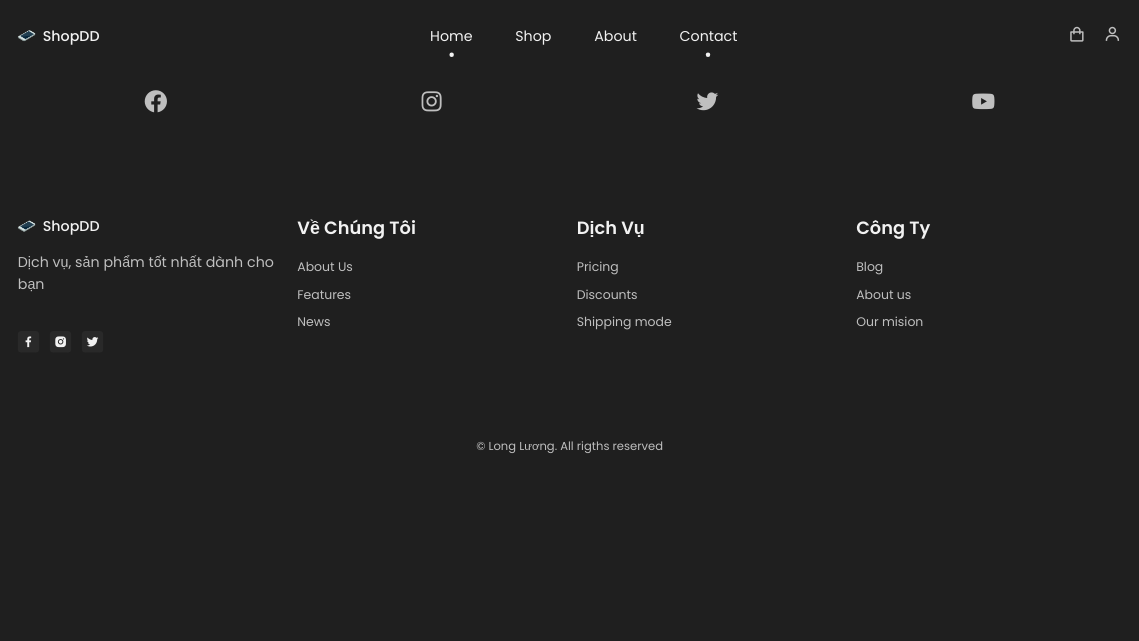
Repository: long5122000/Shopc
Page: contact.html
These files come from the project's save history. The page is drawn as it stood at one moment and after the next save; the edit follows.
The browser window is 1280 px wide. The pictures show the whole page, at 89% of full size.
The style sheet was rebuilt from its Sass, Less or Tailwind sources for each picture, by a compiler version that may differ from the author's.

Above is the page before, as saved 2021-12-01 09:43:12.

### contact.html
<!DOCTYPE html>
<html lang="en">
  <head>
    <meta charset="UTF-8" />
    <meta http-equiv="X-UA-Compatible" content="IE=edge" />
    <meta name="viewport" content="width=device-width, initial-scale=1.0" />
    <title>ShopDD</title>
    <link rel="shortcut icon" href="favicon.png" type="image/x-icon" />
    <link
      rel="stylesheet"
      href="https://unpkg.com/swiper@7/swiper-bundle.min.css"
    />
    <link
      rel="stylesheet"
      href="https://cdn.jsdelivr.net/npm/boxicons@latest/css/boxicons.min.css"
    />
    <link rel="stylesheet" href="./css/app.css" />
  </head>
  <body>
    <header class="header" id="header">
      <nav class="nav container">
        <a href="" class="nav__logo">
          <img src="./images/logo-3.png" alt="" class="nav__logo-img" />
          ShopDD
        </a>
        <div class="nav__menu" id="nav-menu">
          <ul class="nav__list">
            <li class="nav__item">
              <a href="./index.html" class="nav__link active-link">Home</a>
            </li>
            <li class="nav__item">
              <a href="#" class="nav__link">Shop</a>
            </li>
            <li class="nav__item">
              <a href="./about.html" class="nav__link">About</a>
            </li>
            <li class="nav__item">
              <a href="./contact.html" class="nav__link">Contact</a>
            </li>

            <!-- <a href="" class="button button--ghost">Support</a> -->
          </ul>

          <div class="nav__close" id="nav-close">
            <i class="bx bx-x"></i>
          </div>
          <!-- <img src="./images/nav-img.png" alt="" class="nav__img" /> -->
        </div>
        <div class="nav__btns">
          <!-- Theme change button -->

          <div class="nav__shop" id="cart-shop">
            <i class="bx bx-shopping-bag"></i>
          </div>

          <div class="nav__shop" id="info-user">
            <i class="bx bx-user"></i>
          </div>

          <div class="nav__toggle" id="nav-toggle">
            <i class="bx bx-grid-alt"></i>
          </div>
        </div>
      </nav>
    </header>

    <div class="cart" id="cart">
      <i class="bx bx-x cart__close" id="cart-close"></i>

      <h2 class="cart__title-center">My Cart</h2>

      <div class="cart__container">
        <article class="cart__card">
          <div class="cart__box">
            <img src="./images/new-1.png" alt="" class="cart__img" />
          </div>

          <div class="cart__details">
            <h3 class="cart__title">Jazzmaster</h3>
            <span class="cart__price">$1050</span>

            <div class="cart__amount">
              <div class="cart__amount-content">
                <span class="cart__amount-box">
                  <i class="bx bx-minus"></i>
                </span>

                <span class="cart__amount-number">1</span>

                <span class="cart__amount-box">
                  <i class="bx bx-plus"></i>
                </span>
              </div>

              <i class="bx bx-trash-alt cart__amount-trash"></i>
            </div>
          </div>
        </article>

        <article class="cart__card">
          <div class="cart__box">
            <img src="./images/new-3.png" alt="" class="cart__img" />
          </div>

          <div class="cart__details">
            <h3 class="cart__title">Rose Gold</h3>
            <span class="cart__price">$850</span>

            <div class="cart__amount">
              <div class="cart__amount-content">
                <span class="cart__amount-box">
                  <i class="bx bx-minus"></i>
                </span>

                <span class="cart__amount-number">1</span>

                <span class="cart__amount-box">
                  <i class="bx bx-plus"></i>
                </span>
              </div>

              <i class="bx bx-trash-alt cart__amount-trash"></i>
            </div>
          </div>
        </article>

        <article class="cart__card">
          <div class="cart__box">
            <img src="./images/new-5.png" alt="" class="cart__img" />
          </div>

          <div class="cart__details">
            <h3 class="cart__title">Longines Rose</h3>
            <span class="cart__price">$980</span>

            <div class="cart__amount">
              <div class="cart__amount-content">
                <span class="cart__amount-box">
                  <i class="bx bx-minus"></i>
                </span>

                <span class="cart__amount-number">1</span>

                <span class="cart__amount-box">
                  <i class="bx bx-plus"></i>
                </span>
              </div>

              <i class="bx bx-trash-alt cart__amount-trash"></i>
            </div>
          </div>
        </article>
        <article class="cart__card">
          <div class="cart__box">
            <img src="./images/new-5.png" alt="" class="cart__img" />
          </div>

          <div class="cart__details">
            <h3 class="cart__title">Longines Rose</h3>
            <span class="cart__price">$980</span>

            <div class="cart__amount">
              <div class="cart__amount-content">
                <span class="cart__amount-box">
                  <i class="bx bx-minus"></i>
                </span>

                <span class="cart__amount-number">1</span>

                <span class="cart__amount-box">
                  <i class="bx bx-plus"></i>
                </span>
              </div>

              <i class="bx bx-trash-alt cart__amount-trash"></i>
            </div>
          </div>
        </article>
        <article class="cart__card">
          <div class="cart__box">
            <img src="./images/new-5.png" alt="" class="cart__img" />
          </div>

          <div class="cart__details">
            <h3 class="cart__title">Longines Rose</h3>
            <span class="cart__price">$980</span>

            <div class="cart__amount">
              <div class="cart__amount-content">
                <span class="cart__amount-box">
                  <i class="bx bx-minus"></i>
                </span>

                <span class="cart__amount-number">1</span>

                <span class="cart__amount-box">
                  <i class="bx bx-plus"></i>
                </span>
              </div>

              <i class="bx bx-trash-alt cart__amount-trash"></i>
            </div>
          </div>
        </article>
        <article class="cart__card">
          <div class="cart__box">
            <img src="./images/new-6.webp" alt="" class="cart__img" />
          </div>

          <div class="cart__details">
            <h3 class="cart__title">Longines Rose</h3>
            <span class="cart__price">$980</span>

            <div class="cart__amount">
              <div class="cart__amount-content">
                <span class="cart__amount-box">
                  <i class="bx bx-minus"></i>
                </span>

                <span class="cart__amount-number">1</span>

                <span class="cart__amount-box">
                  <i class="bx bx-plus"></i>
                </span>
              </div>

              <i class="bx bx-trash-alt cart__amount-trash"></i>
            </div>
          </div>
        </article>
      </div>

      <div class="cart__prices">
        <span class="cart__prices-item">3 items</span>
        <span class="cart__prices-total">$2880</span>
      </div>
    </div>

    <div class="info" id="info">
      <i class="bx bx-x info__close" id="info-close"></i>
      <div class="info__btn">
        <a href="./login.html" class="button">Đăng nhập</a>
        <a href="./register.html" class="button">Đăng Ký</a>
      </div>
    </div>
    <main class="main">
      <section class="contact container" id="contact">
        <h1 class="contact__title">Hãy Kết Nối Với Chúng Tôi</h1>
        <div class="contact__list">
          <i class="bx bxl-facebook-circle contact__item"></i>
          <i class="bx bxl-instagram contact__item"></i>
          <i class="bx bxl-twitter contact__item"></i>
          <i class="bx bxl-youtube contact__item"></i>
        </div>
      </section>
    </main>
    <footer class="footer section">
      <div class="footer__container container grid">
        <div class="footer__content">
          <a href="#" class="footer__logo">
            <img src="./images/logo-3.png" alt="" class="footer__logo-image" />
            ShopDD
          </a>
          <p class="footer__description">
            Dịch vụ, sản phẩm tốt nhất dành cho bạn
          </p>
          <div class="footer__social">
            <a
              href="https://www.facebook.com/"
              target="_blank"
              class="footer__social-link"
            >
              <i class="bx bxl-facebook"></i>
            </a>
            <a
              href="https://www.instagram.com/"
              target="_blank"
              class="footer__social-link"
            >
              <i class="bx bxl-instagram-alt"></i>
            </a>
            <a
              href="https://twitter.com/"
              target="_blank"
              class="footer__social-link"
            >
              <i class="bx bxl-twitter"></i>
            </a>
          </div>
        </div>
        <div class="footer__content">
          <h3 class="footer__title">Về Chúng Tôi</h3>
          <ul class="footer__links">
            <li>
              <a href="" class="footer__link">About Us</a>
            </li>
            <li>
              <a href="" class="footer__link">Features</a>
            </li>
            <li>
              <a href="" class="footer__link">News</a>
            </li>
          </ul>
        </div>
        <div class="footer__content">
          <h3 class="footer__title">Dịch Vụ</h3>
          <ul class="footer__links">
            <li>
              <a href="" class="footer__link">Pricing</a>
            </li>
            <li>
              <a href="" class="footer__link">Discounts</a>
            </li>
            <li>
              <a href="" class="footer__link">Shipping mode</a>
            </li>
          </ul>
        </div>
        <div class="footer__content">
          <h3 class="footer__title">Công Ty</h3>
          <ul class="footer__links">
            <li>
              <a href="" class="footer__link">Blog</a>
            </li>
            <li>
              <a href="" class="footer__link">About us</a>
            </li>
            <li>
              <a href="" class="footer__link">Our mision</a>
            </li>
          </ul>
        </div>
      </div>

      <span class="footer__copy">&#169; Long Lương. All rigths reserved</span>

      <div class="modal" id="modal__view">
        <div class="modal__main">
          <i class="bx bx-x modal__close" id="modal-close"></i>
          <div class="modal__image">
            <img src="./images/new-1.png" alt="" />
          </div>
          <div class="modal__content">
            <h3 class="modal__title">Tivi</h3>
            <p class="modal__desc">
              Lorem ipsum dolor sit amet consectetur adipisicing elit. Repellat
              laborum facilis harum quis aperiam laboriosam quasi deleniti velit
              est rerum animi consectetur voluptate culpa, quas, dolor illum
              fugit exercitationem sapiente?
            </p>
            <div class="modal__price">$167</div>
          </div>
          <a href="#!" class="button modal__button">Xem chi tiết</a>
        </div>
      </div>

      <!-- <img src="./images/footer1-img.png" alt="" class="footer__image-one" />
      <img src="./images/footer2-img.png" alt="" class="footer__image-two" /> -->
    </footer>

    <a href="#" class="scrollup" id="scroll-up">
      <i class="bx bx-up-arrow-alt scrollup__icon"></i>
    </a>
    <script src="https://unpkg.com/swiper@7/swiper-bundle.min.js"></script>
    <script src="scripts/scrollreveal.min.js"></script>
    <script src="./scripts/app.js"></script>
  </body>
</html>

### sass/app.scss
@import "variables";
@import "reset";
@import "mixin";
@import "base";
@import "header";
@import "cart";
@import "search";
@import "info";
@import "home";
@import "category";
@import "about";
@import "hot";
@import "discount";
@import "new";
@import "newsletter";
@import "footer";
@import "modal";
@import "scroll";
@import "register";
@import "login";
@import "contact";
@import "breakpoints";

### sass/_reset.scss
html {
  box-sizing: border-box;
}
* {
  margin: 0;
  padding: 0;
}
*,
*:before,
*:after {
  box-sizing: border-box;
}
input,
textarea,
select,
button {
  outline: none;
  border: none;
}
input {
  line-height: normal;
}
label,
button {
  cursor: pointer;
}
a {
  text-decoration: none;
}
img {
  display: block;
  max-width: 100%;
}

### sass/_mixin.scss
@mixin flex(
  $align: flex-start,
  $justify: flex-start,
  $wrap: nowrap,
  $dir: row
) {
  display: flex;
  justify-content: $justify;
  align-items: $align;
  flex-wrap: $wrap;
  flex-direction: $dir;
}
@mixin maxw($breakpoint) {
  @media screen and (max-width: $breakpoint) {
    @content;
  }
}
@mixin minw($breakpoint) {
  @media screen and (min-width: $breakpoint) {
    @content;
  }
}
@mixin center {
  display: flex;
  justify-content: center;
  align-items: center;
}

### sass/_base.scss
* {
  box-sizing: border-box;
  padding: 0;
  margin: 0;
}
html {
  scroll-behavior: smooth;
}
body {
  margin: var(--header-height) 0 0 0;
  font-family: var(--body-font);
  font-size: var(--normal-font-size);
  background: var(--body-color);
  color: var(--text-color);
}
h1,
h2,
h3,
h4 {
  color: var(--title-color);
  font-weight: var(--font-semi-bold);
}
ul {
  list-style: none;
}
.section {
  padding: 4.5rem 0 2rem;
}
.section__title {
  font-size: var(--h2-font-size);
  margin-bottom: var(--mb2);
  text-align: center;
}
.container {
  max-width: 1240px;
  margin-left: var(--mb-1-5);
  margin-right: var(--mb-1-5);
}
.grid {
  display: grid;
}
.main {
  overflow: hidden;
}
::-webkit-scrollbar {
  width: 0.6rem;
  background: #413e3e;
}
::-webkit-scrollbar-thumb {
  background: #272525;
  border-radius: 0.5rem;
}
.button {
  display: inline-block;
  background-color: var(--first-color);
  color: var(--title-color);
  padding: 1rem 1.75rem;
  border-radius: 0.5rem;
  font-weight: var(--font-medium);
  transition: 0.3s;
  &:hover {
    background-color: var(--first-color-alt);
  }
  &--ghost {
    border: 2px solid;
    background-color: transparent;
    border-radius: 3rem;
    padding: 0.75rem 1.5rem;
    &:hover {
      background: none;
    }
  }
  &__icon {
    font-size: 1.25rem;
  }
  &--link {
    color: var(--title-color);
  }
  &--flex {
    display: inline-flex;
    align-items: center;
    column-gap: 0.5rem;
  }
}

### sass/_search.scss
.search-box {
  width: 1px;
  height: 30px;
  background-color: rgb(88, 88, 88);
  position: relative;

  transition: all 0.5s ease;
  border-radius: 15px;
}

.search-box.open {
  width: 220px;
}

.search-input {
  width: 100%;
  height: 100%;
  border: none;
  box-shadow: none;
  background: transparent;
  color: #fff;
  padding: 20px 20px;
  font-size: 20px;
}

.search-btn {
  color: rgba(191, 191, 191);
  outline: none;
  border: none;

  position: absolute;
  right: -0;
  top: 0;
  cursor: pointer;
  font-size: 25px;
  background-color: transparent;
}

### sass/_info.scss
.info {
  position: fixed;
  background-color: rgb(59, 59, 59);
  z-index: var(--z-fixed);
  width: 100%;
  height: 100%;
  top: 0;
  right: -100%;
  padding: 5.5rem 1rem;
  transition: 0.4s;
  overflow-y: scroll;
  &__close {
    font-size: 2rem;
    color: var(--title-color);
    position: absolute;
    top: 1.25rem;
    right: 0.9rem;
    cursor: pointer;
  }
}
.show-info {
  right: 0;
}

### sass/_home.scss
.home {
  &__content {
    row-gap: 1rem;
  }
  &__group {
    display: grid;
    position: relative;
    padding-top: 2rem;
  }
  &__image {
    height: 250px;
    justify-self: center;
  }
  &__indicator {
    width: 8px;
    height: 8px;
    background-color: var(--title-color);
    border-radius: 50%;
    position: absolute;
    top: 7rem;
    right: 2rem;
    &::after {
      content: "";
      position: absolute;
      width: 1px;
      height: 48px;
      background-color: var(--title-color);
      top: -3rem;
      right: 45%;
    }
  }
  &__details {
    &-img {
      position: absolute;
      right: 0.5rem;
    }
    &-title,
    &-subtitle {
      display: block;
      font-size: var(--small-font-size);
      text-align: right;
    }
  }
  &__subtitle {
    font-size: var(--h3-font-size);
    text-transform: uppercase;
    margin-bottom: var(--mb-1);
  }
  &__title {
    font-size: var(--biggest-font-size);
    font-weight: var(--font-black);
    line-height: 109%;
    margin-bottom: var(--mb-1);
  }
  &__description {
    margin-bottom: var(--mb-1);
  }
  &__buttons {
    @include flex(center, space-between);
  }
}

.swiper {
  &-pagination {
    position: initial;
    margin-top: var(--mb-1);
    &-bullet {
      width: 5px;
      height: 5px;
      background-color: var(--title-color);
      opacity: 1;
    }
  }
}
.swiper-pagination-horizontal.swiper-pagination-bullets .swiper-pagination-bullet {
  margin: 0 0.5rem;
}
.swiper-pagination-bullet-active {
  width: 1.5rem;
  height: 5px;
  border-radius: 0.5rem;
}

### sass/_category.scss
.category {
  &__container {
    grid-template-columns: repeat(2, 1fr);
    gap: 1rem 2rem;
  }
  &__data {
    text-align: center;
  }
  &__image {
    width: 120px;
    margin: 0 auto;
    transition: 0.3s;
  }
  &__title {
    margin-bottom: var(--mb-0-25);
  }
  &__data:hover {
    .category {
      &__image {
        transform: translateY(-0.5rem);
      }
    }
  }
}
.scroll {
  &-header {
    background: var(--container-color);
  }
}

### sass/_about.scss
.about {
  &__container {
    row-gap: 2rem;
  }
  &__data {
    text-align: center;
  }
  &__description {
    margin-bottom: var(--mb-2);
  }
  &__image {
    width: 200px;
    justify-self: center;
  }
}

### sass/_hot.scss
.hot {
  &__container {
    grid-template-columns: repeat(2, 1fr);
    gap: 1.5rem;
    padding: 1rem;
  }
  &__content {
    position: relative;
    background: var(--container-color);
    border-radius: 1rem;
    padding: 1.5rem 0 1rem 0;
    text-align: center;
    overflow: hidden;

    &:hover .hot__image {
      transform: translateY(-0.5rem);
    }
    &:hover .hot__button {
      right: 0;
    }
  }
  &__image {
    width: 90px;
    transition: 0.3s;
    margin: 0 auto;
  }
  &__subtitle,
  &__price {
    display: block;
  }
  &__subtitle {
    font-size: var(--smaller-font-size);
    margin-bottom: var(--mb-0-5);
  }
  &__title,
  &__price {
    color: var(--title-color);
    font-weight: var(--font-medium);
    font-size: var(--normal-font-size);
  }
  &__button {
    display: flex;
    flex-direction: column;
    gap: 5px 0;
    padding: 0.5rem;
    border-radius: 0.25rem 0.25rem 0.75rem 0.25rem;
    position: absolute;
    right: -3rem;
    bottom: 0;
  }
  &__icon {
    font-size: 1.25rem;
    color: var(--title-color);
    &--bt {
      border-bottom: 1px solid gray;
      padding-bottom: 4px;
    }
    &:hover {
      color: var(--first-color);
    }
  }
}

### sass/_discount.scss
.discount {
  &__container {
    background: var(--container-color);
    border-radius: 1rem;
    padding: 2.5rem 0 1.5rem;
    row-gap: 0.75rem;
  }
  &__data {
    text-align: center;
  }
  &__title {
    font-size: var(--h2-font-size);
    margin-bottom: var(--mb-2);
  }
  &__image {
    width: 200px;
    justify-self: center;
  }
}

### sass/_newsletter.scss
.newsletter {
  &__description {
    text-align: center;
    margin-bottom: var(--mb-1-5);
  }
  &__form {
    background: var(--container-color);
    padding: 1rem;
    @include flex(center, space-between);
    // display: flex;
    // justify-content: space-between;
    border-radius: 0.75rem;
  }
  &__input {
    width: 70%;
    padding: 0 0.5rem;
    background: none;
    color: var(--title-color);
    &::placeholder {
      color: var(--text-color);
    }
  }
}

### sass/_footer.scss
.footer {
  position: relative;
  overflow: hidden;
  &__image {
    &-one,
    &-two {
      position: absolute;
      transition: 0.3s;
      &:hover {
        transform: translateY(-0.5rem);
      }
    }
    &-one {
      width: 100px;
      top: 6rem;
      right: -2rem;
    }
    &-two {
      width: 150px;
      bottom: 4rem;
      right: 4rem;
    }
  }
  &__container {
    row-gap: 2rem;
  }
  &__logo {
    @include flex(center);
    column-gap: 0.5rem;
    margin-bottom: var(--mb-1);
    font-weight: var(--font-medium);
    color: var(--title-color);
    &-image {
      width: 20px;
    }
  }
  &__description {
    margin-bottom: var(--mb-2-5);
  }
  &__social {
    display: flex;
    column-gap: 0.75rem;
    &-link {
      display: inline-flex;
      background: var(--container-color);
      padding: 0.25rem;
      border-radius: 0.25rem;
      color: var(--title-color);
      font-size: 1rem;
      &:hover {
        background: var(--body-color);
      }
    }
  }
  &__title {
    font-size: var(--h3-font-size);
    margin-bottom: var(--mb-1);
  }
  &__links {
    display: grid;
    row-gap: 0.35rem;
  }
  &__link {
    font-size: var(--small-font-size);
    color: var(--text-color);
    transition: 0.3s;
    &:hover {
      color: var(--title-color);
    }
  }
  &__copy {
    display: block;
    text-align: center;
    font-size: var(--smaller-font-size);
    margin-top: 4.5rem;
  }
}

### sass/_modal.scss
.modal {
  position: fixed;
  top: 0;
  height: 100%;
  width: 100%;
  background: var(--container-color);
  transition: var(--transition250);
  opacity: 0;
  visibility: hidden;
  z-index: 100;
  border-radius: 8px;
  &__main {
    display: grid;
    grid-template-columns: 1fr;
    padding: 0 10px;
  }
  &__image {
    height: 100%;
    width: 100%;
    margin-top: var(--mb-2-5);
  }
  &__title {
    font-size: var(--h1-font-size);
    text-align: center;
    margin-top: var(--mb-2);
    margin-bottom: var(--mb-1-5);
  }
  &__desc {
    margin-bottom: var(--mb-1-5);
  }
  &__price {
    font-size: var(--h2-font-size);
    color: var(--first-color);
    margin-bottom: var(--mb-1-5);
  }
  &__button {
    text-align: center;
  }
  &__close {
    position: absolute;
    right: 5px;
    top: 5px;
    font-size: 2.5rem;
  }
}
.show-modal {
  opacity: 1;
  visibility: unset;
}

### sass/_scroll.scss
.scrollup {
  position: fixed;
  background: var(--first-color);
  right: 1rem;
  bottom: -20%;
  display: inline-flex;
  padding: 0.3rem;
  border-radius: 0.25rem;
  z-index: var(--z-tooltip);
  opacity: 0.8;
  transition: 0.4s;
  &:hover {
    background: var(--container-color);
    opacity: 1;
  }
  &__icon {
    font-size: 1.2rem;
    color: var(--title-color);
  }
}
.show-scroll {
  bottom: 3rem;
}

### sass/_contact.scss
.contact {
  margin-top: var(--mb-2);
  &__title {
    text-align: center;
  }
  &__list {
    margin-top: var(--mb-2);
    display: flex;
    justify-content: space-around;
  }
  &__item {
    font-size: 30px;
  }
}

Loaded but not shown: scripts/scrollreveal.min.js (library); scripts/app.js (146 lines, source omitted); sass/_breakpoints.scss (367 lines, source omitted); sass/_cart.scss (106 lines, source omitted); sass/_new.scss (84 lines, source omitted); sass/_header.scss (97 lines, source omitted); sass/_register.scss (100 lines, source omitted); sass/_login.scss (100 lines, source omitted); sass/_variables.scss (59 lines, source omitted)

After the next save:
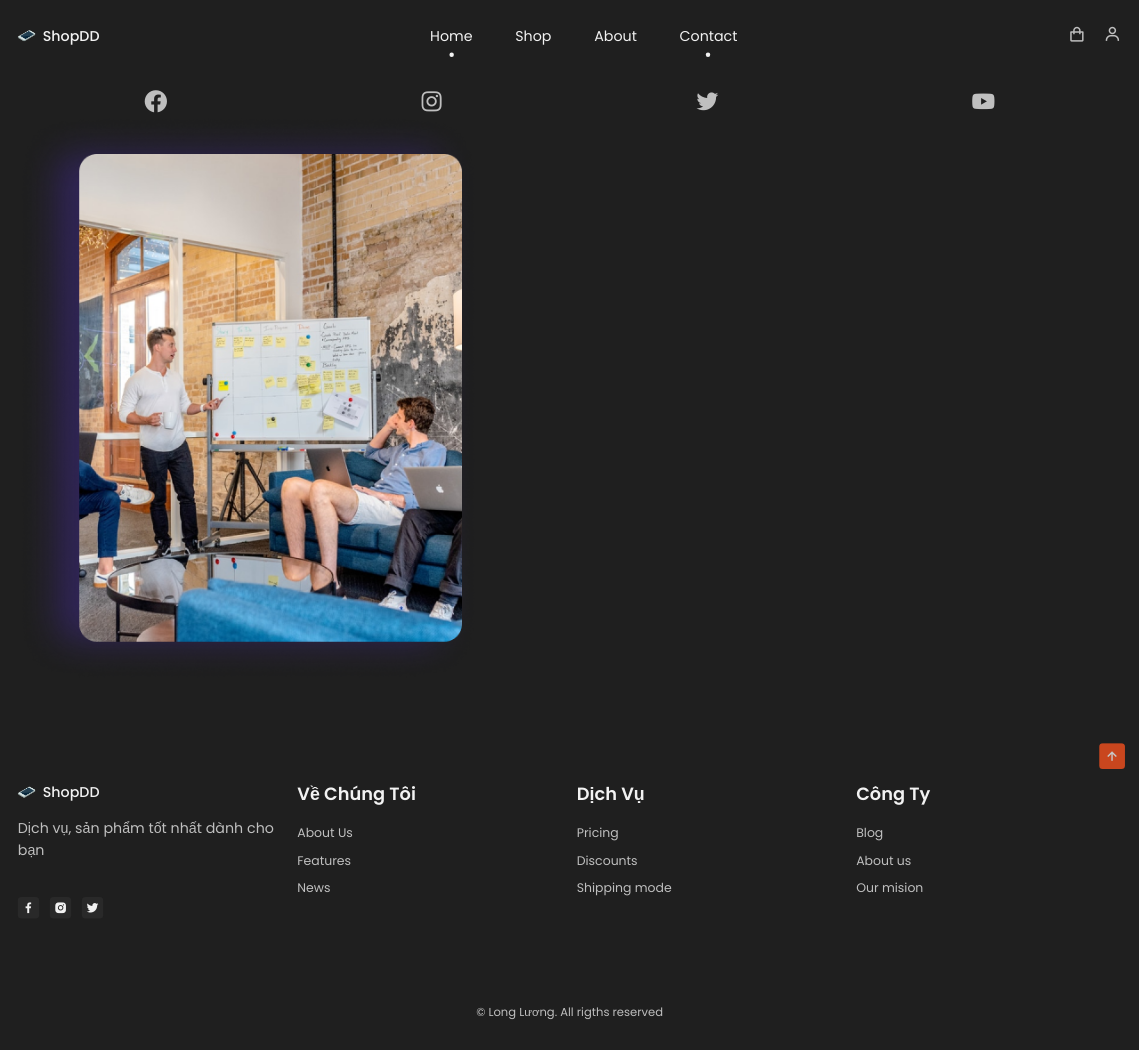
Saved 5 min 5 s later.
--- a/contact.html
+++ b/contact.html
@@ -251,6 +251,13 @@
           <i class="bx bxl-instagram contact__item"></i>
           <i class="bx bxl-twitter contact__item"></i>
           <i class="bx bxl-youtube contact__item"></i>
+        </div>
+      </section>
+      <section class="address container">
+        <div class="address__main">
+          <div class="address__image">
+            <img src="./images/about.png" alt="" />
+          </div>
         </div>
       </section>
     </main>
